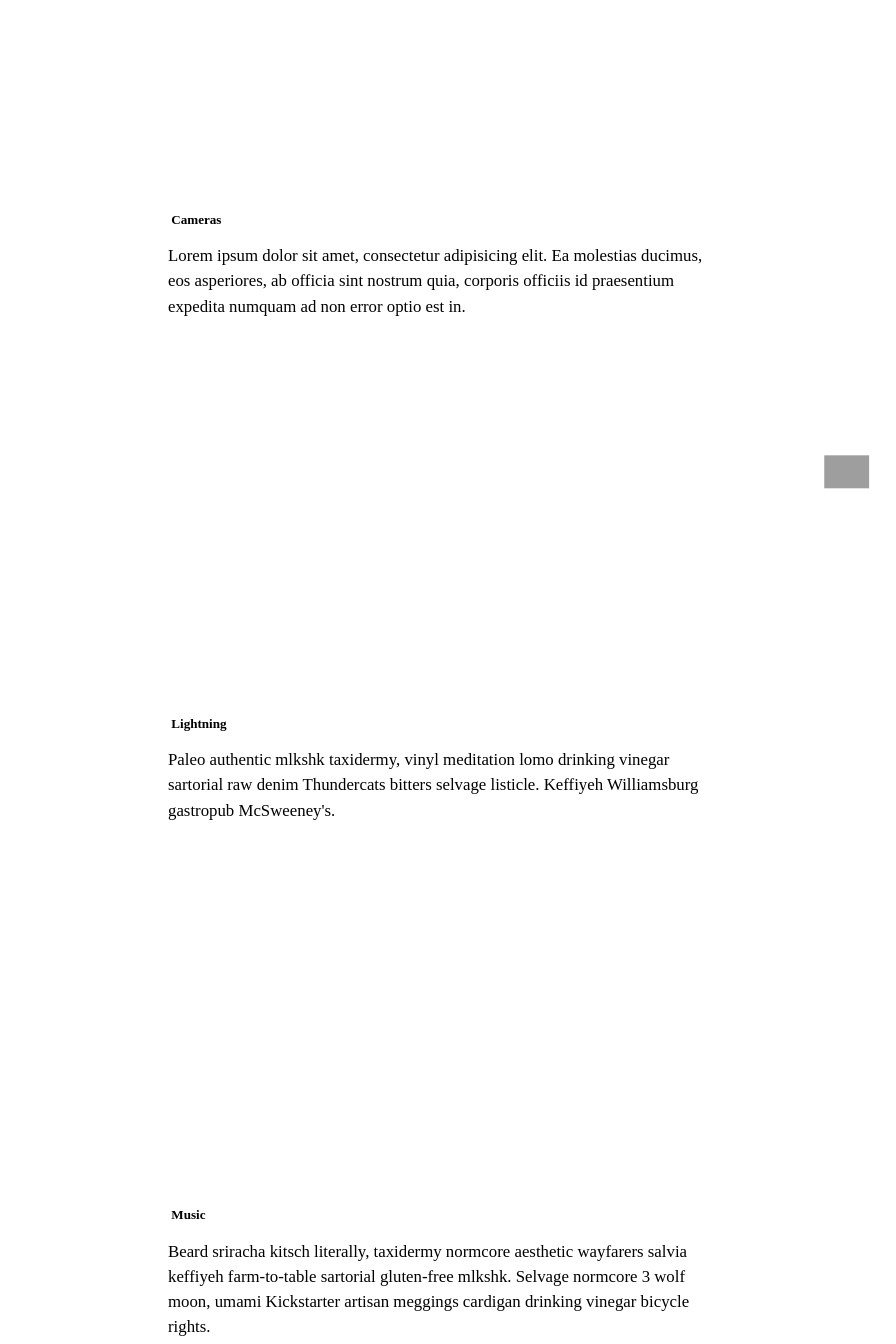
Repository: AnnaSpirit/2025_
Page: Bases/Home.html
The author's editor kept a copy of each file at every save. The page is drawn from the files as they stood at one save, then again after a run of saves.
The browser window is 1280 px wide. The pictures show the part of the page from y = 0 to 1920 px (the page is 2896 px tall), at 70% of full size.
Pictures or frames that could not be fetched are drawn as grey boxes.

Above is the page before, as saved 2025-01-09 14:55:29.
Console error: ReferenceError: $ is not defined

### Bases/Home.html
<!DOCTYPE html>
<html lang="en">
<head>
	<meta charset="UTF-8">
	<meta name="viewport" content="width=device-width, initial-scale=1.0">
	<title>Home</title>
	<link rel="stylesheet" href="HomeStyle.css"> <!-- Lien vers une feuille de style externe -->
</head>
<body>
	<nav class="nav">
		<div class="burger">
			<div class="burger__patty"></div>
		</div>

		<ul class="nav__list">
			<li class="nav__item">
				<a href="#1" class="nav__link c-blue"><i class="fa fa-camera-retro"></i></a>
			</li>
			<li class="nav__item">
				<a href="#2" class="nav__link c-yellow scrolly"><i class="fa fa-bolt"></i></a>
			</li>
			<li class="nav__item">
				<a href="#3" class="nav__link c-red"><i class="fa fa-music"></i></a>
			</li>
			<li class="nav__item">
				<a href="#4" class="nav__link c-green"><i class="fa fa-paper-plane"></i></a>
			</li>
		</ul>
	</nav>

	<section class="panel b-blue" id="1">
		<article class="panel__wrapper">
			<div class="panel__content">
				<h1 class="panel__headline"><i class="fa fa-camera-retro"></i>&nbsp;Cameras</h1>
				<div class="panel__block"></div>
				<p>Lorem ipsum dolor sit amet, consectetur adipisicing elit. Ea molestias ducimus, eos asperiores, ab
					officia sint nostrum quia, corporis officiis id praesentium expedita numquam ad non error optio est in.
				</p>
			</div>
		</article>
	</section>
	<section class="panel b-yellow" id="2">
		<article class="panel__wrapper">
			<div class="panel__content">
				<h1 class="panel__headline"><i class="fa fa-bolt"></i>&nbsp;Lightning</h1>
				<div class="panel__block"></div>
				<p>Paleo authentic mlkshk taxidermy, vinyl meditation lomo drinking vinegar sartorial raw denim Thundercats
					bitters selvage listicle. Keffiyeh Williamsburg gastropub McSweeney's.</p>
			</div>
		</article>
	</section>
	<section class="panel b-red" id="3">
		<article class="panel__wrapper">
			<div class="panel__content">
				<h1 class="panel__headline"><i class="fa fa-music"></i>&nbsp;Music</h1>
				<div class="panel__block"></div>
				<p>Beard sriracha kitsch literally, taxidermy normcore aesthetic wayfarers salvia keffiyeh farm-to-table
					sartorial gluten-free mlkshk. Selvage normcore 3 wolf moon, umami Kickstarter artisan meggings cardigan
					drinking vinegar bicycle rights.</p>
			</div>
		</article>
	</section>
	<section class="panel b-green" id="4">
		<article class="panel__wrapper">
			<div class="panel__content">
				<h1 class="panel__headline"><i class="fa fa-paper-plane"></i>&nbsp;Paper Planes</h1>
				<div class="panel__block"></div>
				<p>90's wayfarers lomo you probably haven't heard of them trust fund banh mi. Flannel Shoreditch
					dreamcatcher, quinoa flexitarian Banksy pickled post-ironic lo-fi. Photo booth asymmetrical tousled
					letterpress.</p>
			</div>
		</article>
	</section>
	<a href="http://ettrics.com/code/vertical-layout-navigation/" class="logo" target="_blank">
		<img class="logo" src="https://s3-us-west-2.amazonaws.com/s.cdpn.io/45226/ettrics-logo.svg" alt="" />
	</a>
<script src="HomeJava.js"></script>
</body>
</html>

### Bases/HomeStyle.css
$nav-bg: #2b3033;
$blue: #5fc7ea;
$red: #e68568;
$yellow: #e6d068;
$green: #68e6ac;
$ease: all .5s cubic-bezier(0.175, 0.885, 0.32, 1.275);
$content-animation: scale(0.7) rotateX(-230deg);

* {
	box-sizing: border-box;
}

body {
	font-family: 'Montserrat';
	line-height: 1.5;
	-webkit-font-smoothing: antialiased;
}

ul {
	list-style-type: none;
	padding: 0;
	margin: 0;
}

.nav {
	position: fixed;
	z-index: 1;
	top: 0;
	left: 0;
	width: 100px;
	backface-visibility: hidden;

	&__list {
		display: flex;
		flex-flow: column wrap;
		height: 85vh;
		transform: translate(0, -100%);
		transition: $ease;

		&--active {
			transform: translate(0, 0);
		}
	}

	&__item {
		flex: 1;
		position: relative;
	}

	&__link {
		display: flex;
		justify-content: center;
		align-items: center;
		position: absolute;
		height: 100%;
		width: 100%;
		top: 0;
		left: 0;
		text-decoration: none;
		font-size: 24px;
		background: $nav-bg;
		transition: $ease;

		&:hover {
			background: mix(black, $nav-bg, 10);
		}
	}

	@media (max-width: 640px) {
		width: 70px;

		&__list {
			height: 90vh;
		}
	}
}

.burger {
	height: 15vh;
	position: relative;
	display: flex;
	justify-content: center;
	align-items: center;
	z-index: 2;
	background: $nav-bg;
	cursor: pointer;
	transition: $ease;

	&:hover {
		background: mix(black, $nav-bg, 10);
	}

	&__patty {
		position: relative;
		height: 2px;
		width: 40px;
		background: white;

		&:before {
			content: "";
			position: absolute;
			top: -10px;
			left: 0;
			height: 2px;
			width: 100%;
			background: white;
		}

		&:after {
			content: "";
			position: absolute;
			top: 10px;
			left: 0;
			height: 2px;
			width: 100%;
			background: white;
		}
	}

	&__patty,
	&__patty:before,
	&__patty:after {
		will-change: transform;
		transition: $ease;
	}

	&--active {
		.burger__patty {
			transform: rotate(90deg);

			&:before {
				transform: rotate(-45deg) translate(-7px, -7px) scaleX(0.7);
			}

			&:after {
				transform: rotate(45deg) translate(-7px, 7px) scaleX(0.7);
			}
		}
	}

	@media (max-width: 640px) {
		height: 10vh;

		&__patty {
			transform: scale(0.8);
		}

		&--active {
			.burger__patty {
				transform: scale(0.8) rotate(90deg);
			}
		}
	}
}

.panel {
	min-height: 100vh;
	display: flex;
	align-items: center;
	justify-content: center;
	overflow: hidden;

	&__wrapper {
		padding: 7vh 7vw;
		perspective: 1000px;
	}

	&__content {
		will-change: transform;
		transform: $content-animation;
		transform-origin: center 80%;
		opacity: 0;
		transition: $ease;

		&--active {
			transform: none;
			opacity: 1;
		}
	}

	&__headline {
		font-weight: 700;
		opacity: 0.8;
		font-size: 48px;
		margin: 0 0 25px 0;
	}

	p {
		margin: 0 0 25px 0;
		color: lighten(black, 10);
		font-size: 24px;
		max-width: 800px;

		&:last-child {
			margin-bottom: 0;
		}
	}

	&__block {
		height: 3px;
		background: rgba(black, 0.2);
		margin: 0 0 25px 0;
	}

	@media (max-width: 640px) {

		&__headline {
			font-size: 36px;
		}

		&__wrapper {
			padding: 10vh 10vw;
		}

		p {
			font-size: 16px;
		}
	}
}

.c-blue {
	color: $blue;
}

.c-red {
	color: $red;
}

.c-green {
	color: $green;
}

.c-yellow {
	color: $yellow;
}

.b-blue {
	background: $blue;
}

.b-red {
	background: $red;
}

.b-green {
	background: $green;
}

.b-yellow {
	background: $yellow;
}

.logo {
	position: fixed;
	bottom: 3vh;
	right: 3vw;
	z-index: 2;


	img {
		width: 65px;
		transition: $ease;
		transform: rotate(0);

		&:hover {
			transform: rotate(180deg) scale(1.1);
		}
	}
}

### Bases/HomeJava.js
var menu = document.querySelector('.nav__list');
var burger = document.querySelector('.burger');
var doc = $(document);
var l = $('.scrolly');
var panel = $('.panel');
var vh = $(window).height();

var openMenu = function() {
  burger.classList.toggle('burger--active');
  menu.classList.toggle('nav__list--active');
};

// reveal content of first panel by default
panel.eq(0).find('.panel__content').addClass('panel__content--active');

var scrollFx = function() {
  var ds = doc.scrollTop();
  var of = vh / 4;

  // if the panel is in the viewport, reveal the content, if not, hide it.
  for (var i = 0; i < panel.length; i++) {
    if (panel.eq(i).offset().top < ds+of) {
     panel
       .eq(i)
       .find('.panel__content')
       .addClass('panel__content--active');
    } else {
      panel
        .eq(i)
        .find('.panel__content')
        .removeClass('panel__content--active')
    }
  }
};

var scrolly = function(e) {
  e.preventDefault();
  var target = this.hash;
  var $target = $(target);

  $('html, body').stop().animate({
      'scrollTop': $target.offset().top
  }, 300, 'swing', function () {
      window.location.hash = target;
  });
}

var init = function() {
  burger.addEventListener('click', openMenu, false);
  window.addEventListener('scroll', scrollFx, false);
  window.addEventListener('load', scrollFx, false);
  $('a[href^="#"]').on('click',scrolly);
};

doc.on('ready', init);

After the next 3 saves:
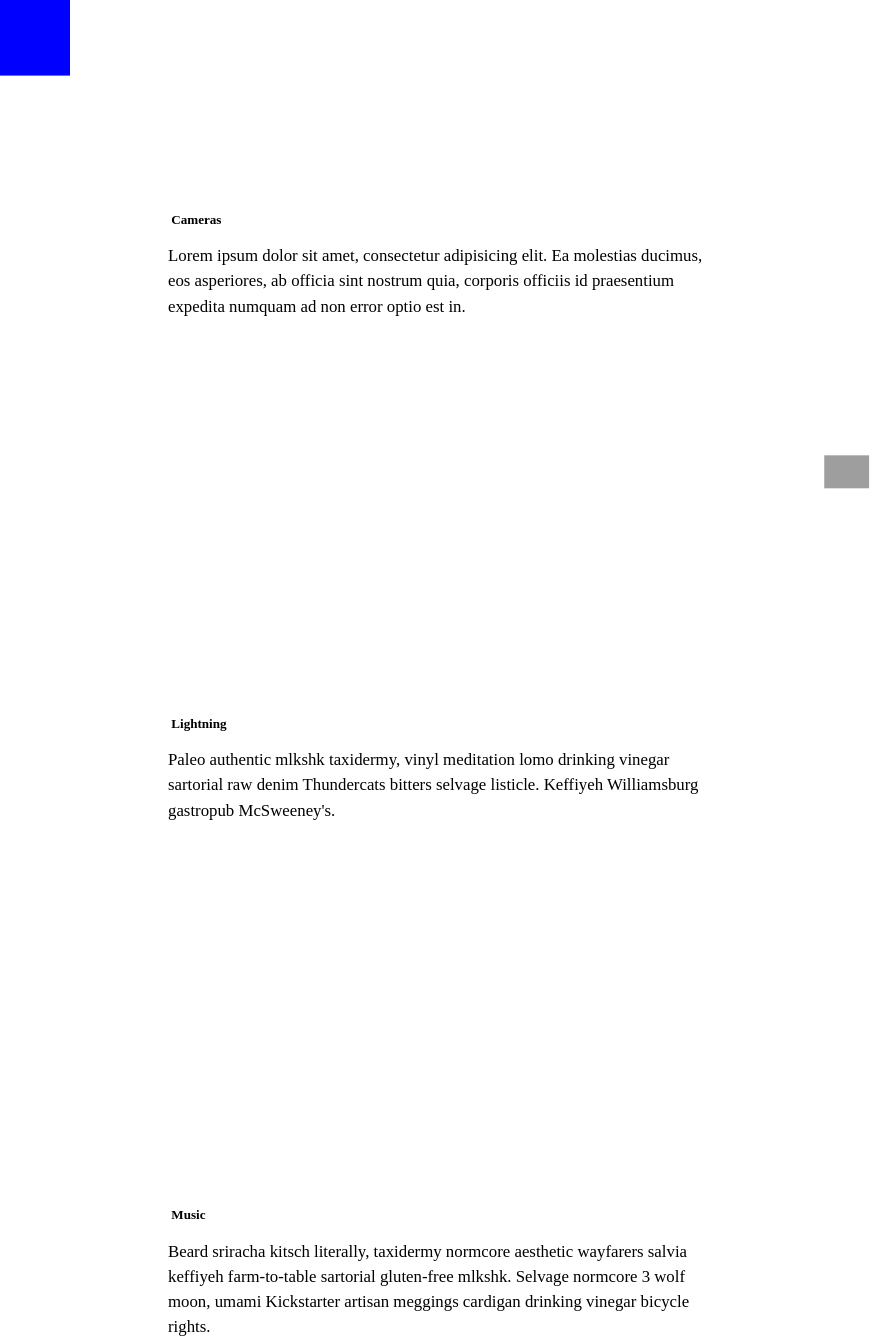
The 3 saves are shown as one change because they came seconds apart.
The last was saved 5 min 15 s later.
--- a/Bases/HomeStyle.css
+++ b/Bases/HomeStyle.css
@@ -82,7 +82,7 @@ ul {
 	justify-content: center;
 	align-items: center;
 	z-index: 2;
-	background: $nav-bg;
+	background: blue;
 	cursor: pointer;
 	transition: $ease;
 
